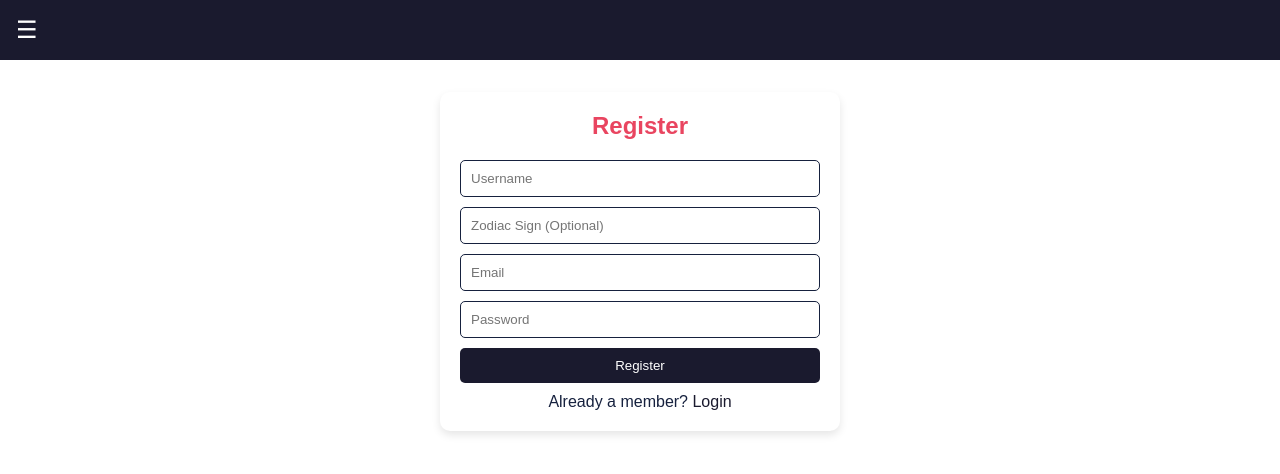
Repository: prachi-d-2/zodiac
Page: /loginregister (app in client/)
These files come from the project's save history. The page is drawn as it stood at one moment and after the next save; the edit follows.
The browser window is 1280 px wide. The pictures show the whole page.
The project was rebuilt for these pictures with package versions that can differ from the ones it lists, and the page was loaded fresh each time. Also part of the build but not shown: client/src/components/Home.css, client/src/components/Home.js, client/src/components/Forum.js, client/src/components/Profile.css, client/src/components/Profile.js, client/src/components/Horoscope.js, client/src/components/Connect.css, client/src/components/Connect.js and 1 more.

Above is the page before, as saved 2024-11-28 02:49:41.

### client/src/index.js
import React from 'react';
import App from './App'; // your main React component
import './index.css';
import './theme.css'; // Importing the global theme styles
import ReactDOM from 'react-dom/client';

const root = ReactDOM.createRoot(document.getElementById('root'));
root.render(<App />);

### client/src/App.js
import React, { useState } from 'react';
import { BrowserRouter as Router, Route, Routes } from 'react-router-dom';
import Navbar from './components/Navbar';
import Home from './components/Home';
import LoginRegister from './components/LoginRegister';
import Forum from './components/Forum';
import Profile from './components/Profile';
import Horoscope from './components/Horoscope';
import Connections from './components/Connect';
import ArticlePage from './components/ArticlePage';

function App() {
  const [isLoggedIn, setIsLoggedIn] = useState(false);

  return (
    <Router>
      <Navbar isLoggedIn={isLoggedIn} />
      <div className="App">
        <Routes>
          <Route path="/" element={<Home />} />
          <Route path="/loginregister" element={<LoginRegister setIsLoggedIn={setIsLoggedIn} />} />
          <Route path="/forum" element={<Forum />} />
          <Route path="/profile" element={<Profile />} />
          <Route path="/horoscope" element={<Horoscope />} />
          {isLoggedIn && <Route path="/connect" element={<Connections />} />}
          <Route path="/article" element={<ArticlePage />} />
        </Routes>
      </div>
    </Router>
  );
}

export default App;

### client/src/theme.css
:root {
    --primary-color: #1a1a2e;
    --secondary-color: #16213e;
    --accent-color: #0f3460;
    --text-color: #e94560;
    --background-color: #ffffff;
  }

  body {
    margin: 0;
    font-family: Arial, sans-serif;
    background-color: var(--background-color);
    color: var(--text-color);
  }

  .navbar {
    background-color: var(--primary-color);
    padding: 1rem;
  }

  .navbar a {
    color: var(--text-color);
    text-decoration: none;
    margin: 0 1rem;
  }

  .navbar a:hover {
    color: var(--accent-color);
  }

  .profile-container {
    padding: 2rem;
  }

  .profile-header {
    font-size: 2rem;
    color: var(--primary-color);
  }

  .profile-section {
    margin-top: 1rem;
  }

  .profile-section label {
    font-weight: bold;
    color: var(--secondary-color);
  }

  .profile-section input, .profile-section textarea {
    display: block;
    margin-top: 0.5rem;
    padding: 0.5rem;
    width: 100%;
    max-width: 400px;
    border: 1px solid var(--secondary-color);
    border-radius: 4px;
  }

  .edit-profile-button {
    margin-top: 1rem;
    padding: 0.5rem 1rem;
    background-color: var(--accent-color);
    color: var(--background-color);
    border: none;
    border-radius: 4px;
    cursor: pointer;
  }

  .edit-profile-button:hover {
    background-color: var(--text-color);
  }

### client/src/components/Navbar.js

import React, { useState } from 'react';
import { Link, useNavigate } from 'react-router-dom';
import './Navbar.css';

function Navbar({ isLoggedIn, setIsLoggedIn }) {
  const [isOpen, setIsOpen] = useState(false);
  const navigate = useNavigate();

  const toggleMenu = () => setIsOpen(!isOpen);

  const handleLogout = () => {
    localStorage.removeItem('token'); // Clear the token
    setIsLoggedIn(false);
    navigate('/'); // Redirect to homepage or login page
  };

  return (
    <nav className="navbar">
      <button onClick={toggleMenu} className="menu-button">
        ☰
      </button>
      <ul className={`nav-links ${isOpen ? 'show' : ''}`}>
        <li><Link to="/">Home</Link></li>
        <li><Link to="/loginregister">Login/Register</Link></li>
        <li><Link to="/forum">Forum</Link></li>
        <li><Link to="/horoscope">Today's Horoscope</Link></li>
        {isLoggedIn && (
          <>
            <li><Link to="/profile">Profile</Link></li>
            <li><Link to="/connect">Connect</Link></li>
            <li><span onClick={handleLogout} className="logout-link">Log out</span></li>
            <li><span className="logged-in-indicator">Logged in</span></li>
          </>
        )}
      </ul>
    </nav>
  );
}

export default Navbar;

### client/src/components/LoginRegister.js
import React, { useState } from 'react';
import { useNavigate } from 'react-router-dom';
import { login, register } from '../services/authService';
import './LoginRegister.css';

function LoginRegister({ setIsLoggedIn }) {
  const [isLogin, setIsLogin] = useState(false);
  const [username, setUsername] = useState('');
  const [email, setEmail] = useState('');
  const [password, setPassword] = useState('');
  const [zodiacSign, setZodiacSign] = useState('');
  const [error, setError] = useState('');
  const navigate = useNavigate();

  const handleSubmit = async (e) => {
    e.preventDefault();

    try {
      let data;
      if (isLogin) {
        data = await login(email, password);
      } else {
        data = await register(username, email, password, zodiacSign);
      }

      if (data && data.token) {
        localStorage.setItem('token', data.token);
        setIsLoggedIn(true);
        navigate('/profile');
      }
    } catch (err) {
      setError(isLogin ? 'Login failed! Please check your credentials.' : 'Registration failed! Please try again.');
    }
  };

  return (
    <div className="login-register-container">
      <h2>{isLogin ? 'Login' : 'Register'}</h2>
      <form onSubmit={handleSubmit}>
        {!isLogin && (
          <>
            <input
              type="text"
              placeholder="Username"
              value={username}
              onChange={(e) => setUsername(e.target.value)}
              required
            />
            <input
              type="text"
              placeholder="Zodiac Sign (Optional)"
              value={zodiacSign}
              onChange={(e) => setZodiacSign(e.target.value)}
            />
          </>
        )}
        <input
          type="email"
          placeholder="Email"
          value={email}
          onChange={(e) => setEmail(e.target.value)}
          required
        />
        <input
          type="password"
          placeholder="Password"
          value={password}
          onChange={(e) => setPassword(e.target.value)}
          required
        />
        {error && <div className="error-message">{error}</div>}
        <button type="submit">{isLogin ? 'Login' : 'Register'}</button>
      </form>
      <div className="toggle-container">
        {isLogin ? (
          <p>
            Not a member? <span onClick={() => setIsLogin(false)}>Register</span>
          </p>
        ) : (
          <p>
            Already a member? <span onClick={() => setIsLogin(true)}>Login</span>
          </p>
        )}
      </div>
    </div>
  );
}

export default LoginRegister;

### client/src/components/Navbar.css
.navbar {
    background-color: #1a1a2e;
    color: #ffffff;
    padding: 10px;
  }

  .menu-button {
    background: none;
    border: none;
    color: #ffffff;
    font-size: 24px;
  }

  .nav-links {
    display: none;
    list-style-type: none;
    padding: 0;
  }

  .nav-links.show {
    display: block;
  }

  .nav-links li {
    margin: 10px 0;
  }

  .nav-links a {
    color: #ffffff;
    text-decoration: none;
  }

  /* client/src/components/Navbar.css */
.logged-in-indicator {
  color: #4caf50; /* Green color for 'Logged in' */
  margin-left: 10px;
}

.logout-link {
  color: red;
  cursor: pointer;
  margin-left: 10px;
}

### client/src/services/authService.js
const BASE_URL = 'http://localhost:3000/api/auth';

export const login = async (email, password) => {
  try {
    const response = await fetch(`${BASE_URL}/login`, {
      method: 'POST',
      headers: {
        'Content-Type': 'application/json',
      },
      body: JSON.stringify({ email, password }),
    });

    if (!response.ok) {
      throw new Error('Login failed');
    }

    const data = await response.json();
    return data;
  } catch (error) {
    console.error('Login error:', error.message);
    throw error;
  }
};

export const register = async (username, email, password, zodiacSign = '') => {
  try {
    const response = await fetch(`${BASE_URL}/register`, {
      method: 'POST',
      headers: {
        'Content-Type': 'application/json',
      },
      body: JSON.stringify({ username, email, password, zodiacSign }),
    });

    if (!response.ok) {
      throw new Error('Registration failed');
    }

    const data = await response.json();
    return data;
  } catch (error) {
    console.error('Registration error:', error.message);
    throw error;
  }
};

export const logout = () => {
  localStorage.removeItem('token');
};

### client/src/components/LoginRegister.css
.login-register-container {
    max-width: 400px;
    margin: 2rem auto;
    padding: 20px;
    background-color: var(--background-color); /* white */
    border-radius: 10px;
    box-shadow: 0 4px 8px rgba(0, 0, 0, 0.1);
    text-align: center;
  }

  .login-register-container h2 {
    margin-bottom: 20px;
    color: var(--text-color); /* red */
  }

  .login-register-container form {
    display: flex;
    flex-direction: column;
  }

  .login-register-container input {
    margin-bottom: 10px;
    padding: 10px;
    border: 1px solid var(--secondary-color); /* light gray */
    border-radius: 5px;
  }

  .login-register-container button {
    padding: 10px;
    background-color: var(--primary-color); /* dark blue */
    border: none;
    border-radius: 5px;
    color: var(--background-color); /* white */
    cursor: pointer;
  }

  .login-register-container button:hover {
    background-color: var(--accent-color); /* lighter blue */
  }

  .error-message {
    color: var(--text-color); /* red */
    margin-bottom: 10px;
  }

  .toggle-container {
    margin-top: 10px;
  }

  .toggle-container p {
    color: var(--secondary-color); /* dark gray */
  }

  .toggle-container span {
    color: var(--primary-color); /* dark blue */
    cursor: pointer;
  }

### client/src/components/Forum.css
/* Forum.css */
* {
  margin: 0;
  padding: 0;
  box-sizing: border-box;
}

body, html {
  width: 100%;
  height: 100%;
  background-color: #1a1a2e;
  color: #ffffff;
  font-family: Arial, sans-serif;
  overflow-x: hidden;
}

.forum-container {
  width: 100%;
  height: 100%;
  padding: 20px;
  border-radius: 0;  /* Remove rounded corners */
}

h2 {
  text-align: center;
  color: #ff4b5c;
  margin-bottom: 20px;
}

.post-form {
  display: flex;
  flex-direction: column;
  gap: 10px;
  margin-bottom: 20px;
}

.post-form input,
.post-form textarea {
  width: 100%;
  padding: 10px;
  border-radius: 5px;
  border: 1px solid #3c3c4e;
  background-color: #282846;
  color: #ffffff;
  outline: none;
}

.post-form button {
  background-color: #ff4b5c;
  color: #ffffff;
  border: none;
  cursor: pointer;
  padding: 10px;
  width: 100%;
  font-size: 1rem;
  border-radius: 5px;
  transition: background-color 0.3s ease;
}

.post-form button:hover {
  background-color: #ff6f7b;
}

.error-message {
  color: #ff4b5c;
  text-align: center;
  margin-bottom: 10px;
}

.posts {
  margin-top: 20px;
}

.post {
  background-color: #282846;
  padding: 15px;
  margin-top: 15px;
  border-radius: 5px;
  transition: background-color 0.3s;
  cursor: pointer;
}

.post:hover {
  background-color: #3c3c4e;
}

.post h3 {
  color: #ff4b5c;
  font-size: 1.2rem;
  margin: 0 0 10px;
}

.post p {
  color: #b3b3cc;
  font-size: 1rem;
  line-height: 1.5;
  white-space: nowrap;
  overflow: hidden;
  text-overflow: ellipsis;
  max-width: 100%;
}

.post-actions {
  display: flex;
  justify-content: space-between;
  margin-top: 10px;
}

.post-actions span {
  color: #ff4b5c;
  cursor: pointer;
  font-size: 0.9rem;
  display: inline-flex;
  align-items: center;
  gap: 5px;
  transition: color 0.3s;
}

.post-actions span:hover {
  color: #ff6f7b;
}

/* Mobile Responsive */
@media (max-width: 600px) {
  .forum-container {
    padding: 15px;
  }

  .post-form button {
    font-size: 0.9rem;
  }

  .post h3 {
    font-size: 1rem;
  }

  .post p {
    font-size: 0.9rem;
  }
}

Loaded but not shown: client/public/index.html (common file); client/src/index.css (common file)

After the next save:
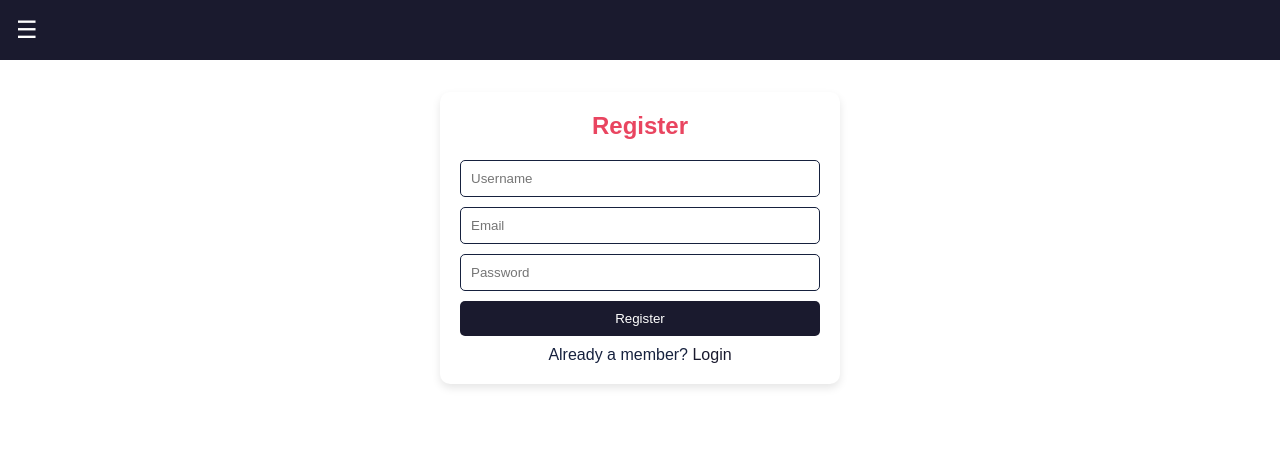
Saved 2 min 20 s later.
--- a/client/src/components/LoginRegister.js
+++ b/client/src/components/LoginRegister.js
@@ -8,7 +8,6 @@
   const [username, setUsername] = useState('');
   const [email, setEmail] = useState('');
   const [password, setPassword] = useState('');
-  const [zodiacSign, setZodiacSign] = useState('');
   const [error, setError] = useState('');
   const navigate = useNavigate();
 
@@ -16,17 +15,18 @@
     e.preventDefault();
 
     try {
-      let data;
       if (isLogin) {
-        data = await login(email, password);
+        const data = await login(email, password);
+        if (data) {
+          setIsLoggedIn(true);
+          navigate('/profile');
+        }
       } else {
-        data = await register(username, email, password, zodiacSign);
-      }
-
-      if (data && data.token) {
-        localStorage.setItem('token', data.token);
-        setIsLoggedIn(true);
-        navigate('/profile');
+        const data = await register(username, email, password);
+        if (data) {
+          setIsLoggedIn(true);
+          navigate('/profile');
+        }
       }
     } catch (err) {
       setError(isLogin ? 'Login failed! Please check your credentials.' : 'Registration failed! Please try again.');
@@ -38,21 +38,13 @@
       <h2>{isLogin ? 'Login' : 'Register'}</h2>
       <form onSubmit={handleSubmit}>
         {!isLogin && (
-          <>
-            <input
-              type="text"
-              placeholder="Username"
-              value={username}
-              onChange={(e) => setUsername(e.target.value)}
-              required
-            />
-            <input
-              type="text"
-              placeholder="Zodiac Sign (Optional)"
-              value={zodiacSign}
-              onChange={(e) => setZodiacSign(e.target.value)}
-            />
-          </>
+          <input
+            type="text"
+            placeholder="Username"
+            value={username}
+            onChange={(e) => setUsername(e.target.value)}
+            required
+          />
         )}
         <input
           type="email"

After the save that followed:
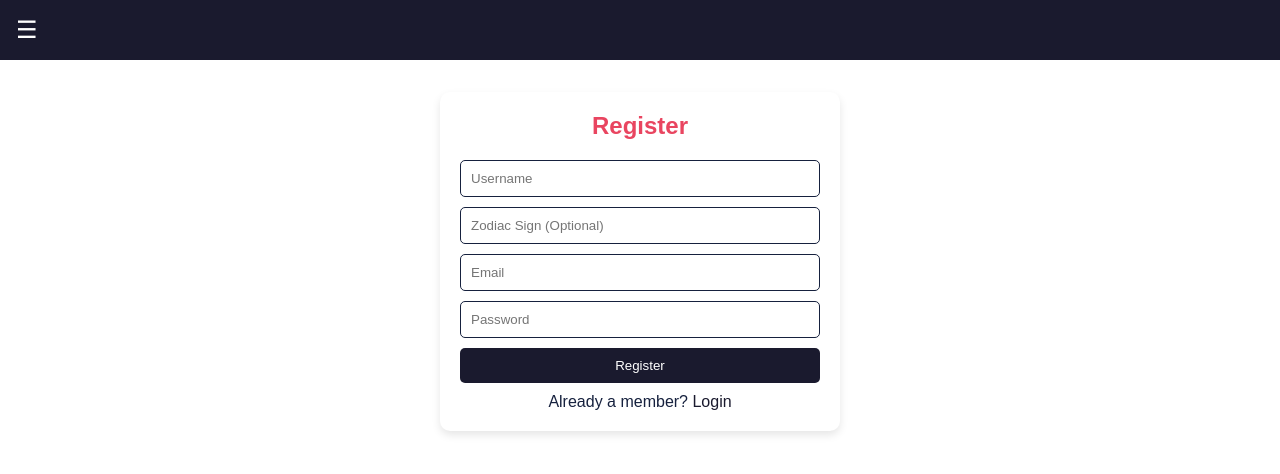
Saved 25 s later.
--- a/client/src/components/LoginRegister.js
+++ b/client/src/components/LoginRegister.js
@@ -8,6 +8,7 @@
   const [username, setUsername] = useState('');
   const [email, setEmail] = useState('');
   const [password, setPassword] = useState('');
+  const [zodiacSign, setZodiacSign] = useState('');
   const [error, setError] = useState('');
   const navigate = useNavigate();
 
@@ -15,18 +16,17 @@
     e.preventDefault();
 
     try {
+      let data;
       if (isLogin) {
-        const data = await login(email, password);
-        if (data) {
-          setIsLoggedIn(true);
-          navigate('/profile');
-        }
+        data = await login(email, password);
       } else {
-        const data = await register(username, email, password);
-        if (data) {
-          setIsLoggedIn(true);
-          navigate('/profile');
-        }
+        data = await register(username, email, password, zodiacSign);
+      }
+
+      if (data && data.token) {
+        localStorage.setItem('token', data.token);
+        setIsLoggedIn(true);
+        navigate('/profile');
       }
     } catch (err) {
       setError(isLogin ? 'Login failed! Please check your credentials.' : 'Registration failed! Please try again.');
@@ -38,13 +38,21 @@
       <h2>{isLogin ? 'Login' : 'Register'}</h2>
       <form onSubmit={handleSubmit}>
         {!isLogin && (
-          <input
-            type="text"
-            placeholder="Username"
-            value={username}
-            onChange={(e) => setUsername(e.target.value)}
-            required
-          />
+          <>
+            <input
+              type="text"
+              placeholder="Username"
+              value={username}
+              onChange={(e) => setUsername(e.target.value)}
+              required
+            />
+            <input
+              type="text"
+              placeholder="Zodiac Sign (Optional)"
+              value={zodiacSign}
+              onChange={(e) => setZodiacSign(e.target.value)}
+            />
+          </>
         )}
         <input
           type="email"
